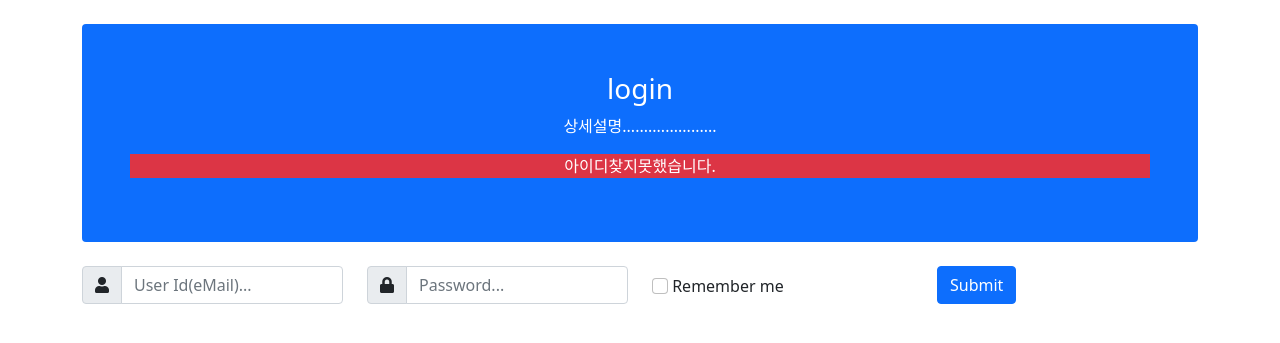
Repository: juhee1020/studying
Page: http://localhost/lec03_mvc/login/login.jsp
An editor plug-in stored every save of this project. The page is shown before and after the next save, followed by the edit.
The browser window is 1280 px wide. The pictures show the whole page.
Some web libraries are served in a nearby version. The page is served by Tomcat 9. Nobody is signed in. The application's start-up code is not run. Other server files are loaded and not shown.

Above is the page before, as saved 2022-12-28 02:03:16.

### Spring/lec03_mvc/src/main/webapp/login/login.jsp
<%@page language="java" contentType="text/html; charset=UTF-8" pageEncoding="UTF-8"%>
<%@taglib uri="http://java.sun.com/jsp/jstl/core" prefix="c" %>
<!DOCTYPE html>
<html>
<head>
   <title>Spring Framework</title>
   <meta charset="UTF-8">
    <meta name="viewport" content="width=device-width, initial-scale=1">
   <link rel="stylesheet" href="https://use.fontawesome.com/releases/v5.4.1/css/all.css"
      integrity="sha384-5sAR7xN1Nv6T6+dT2mhtzEpVJvfS3NScPQTrOxhwjIuvcA67KV2R5Jz6kr4abQsz"
      crossorigin="anonymous">
   <link href="https://cdn.jsdelivr.net/npm/bootstrap@5.0.2/dist/css/bootstrap.min.css" rel="stylesheet" integrity="sha384-EVSTQN3/azprG1Anm3QDgpJLIm9Nao0Yz1ztcQTwFspd3yD65VohhpuuCOmLASjC" crossorigin="anonymous">
   <script src="https://cdn.jsdelivr.net/npm/bootstrap@5.0.2/dist/js/bootstrap.bundle.min.js" integrity="sha384-MrcW6ZMFYlzcLA8Nl+NtUVF0sA7MsXsP1UyJoMp4YLEuNSfAP+JcXn/tWtIaxVXM" crossorigin="anonymous"></script>
</head>
<body>
   <div class="container" align="center">
      <div class="mt-4 p-5 bg-primary text-white rounded">
         <h3>login</h3>
         <p>상세설명......................</p>
		<c:if test="${!sessionScope.isLoginSuccess}">
			<p class="bg-danger text-white">아이디찾지못했습니다.</p>
		</c:if>
      </div>
      <br>

		<form action="login.do" method="post">
            <div class="row">
	   			<div class="col input-group">
			      	<div class="input-group-text"><i class="fas fa-user"></i></div>
			      	<input type="text" name="id" class="form-control" id="id" value="${ userVO.id }" placeholder="User Id(eMail)...">
			    </div>

			    <div class="col input-group">
			      <div class="input-group-text"><i class="fas fa-lock"></i></div>
			      <input type="password" name="password" class="form-control" id="password" value="${ userVO.password }" placeholder="Password...">
	   			</div>

			    <div class="col input-group mt-sm-2">
			      <label class="form-check-label">
			        <input class="form-check-input" type="checkbox" name="remember"> Remember me
			      </label>
			    </div>

	  		  	<div class="col input-group justify-right">
			    	<button type="submit" class="btn btn-primary">Submit</button>
			    </div>
			</div>
		</form>

   </div>
</body>
</html>

After the next save:
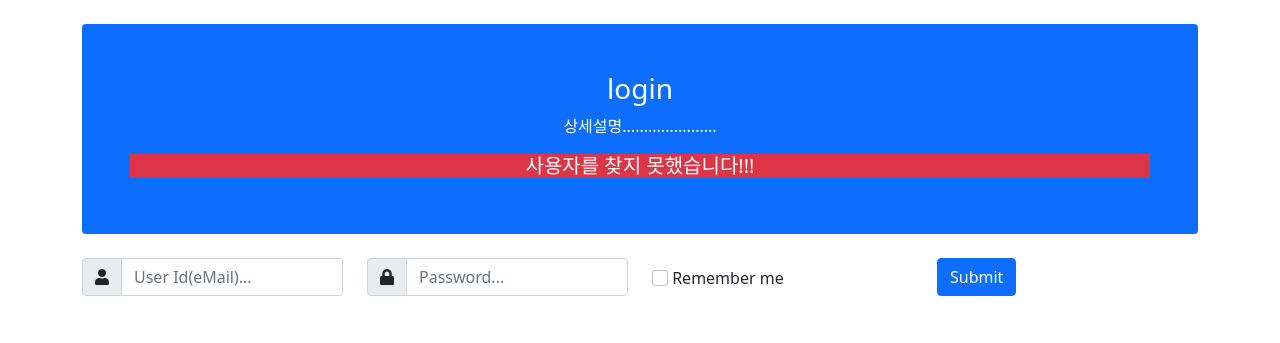
Saved 12 s later.
--- a/Spring/lec03_mvc/src/main/webapp/login/login.jsp
+++ b/Spring/lec03_mvc/src/main/webapp/login/login.jsp
@@ -17,9 +17,9 @@
       <div class="mt-4 p-5 bg-primary text-white rounded">
          <h3>login</h3>
          <p>상세설명......................</p>
-		<c:if test="${!sessionScope.isLoginSuccess}">
-			<p class="bg-danger text-white">아이디찾지못했습니다.</p>
-		</c:if>
+			<c:if test="${ !sessionScope.isLoginSuccess }">
+				<h5 class="bg-danger text-white">사용자를 찾지 못했습니다!!!</h5>
+			</c:if>
       </div>
       <br>
 
